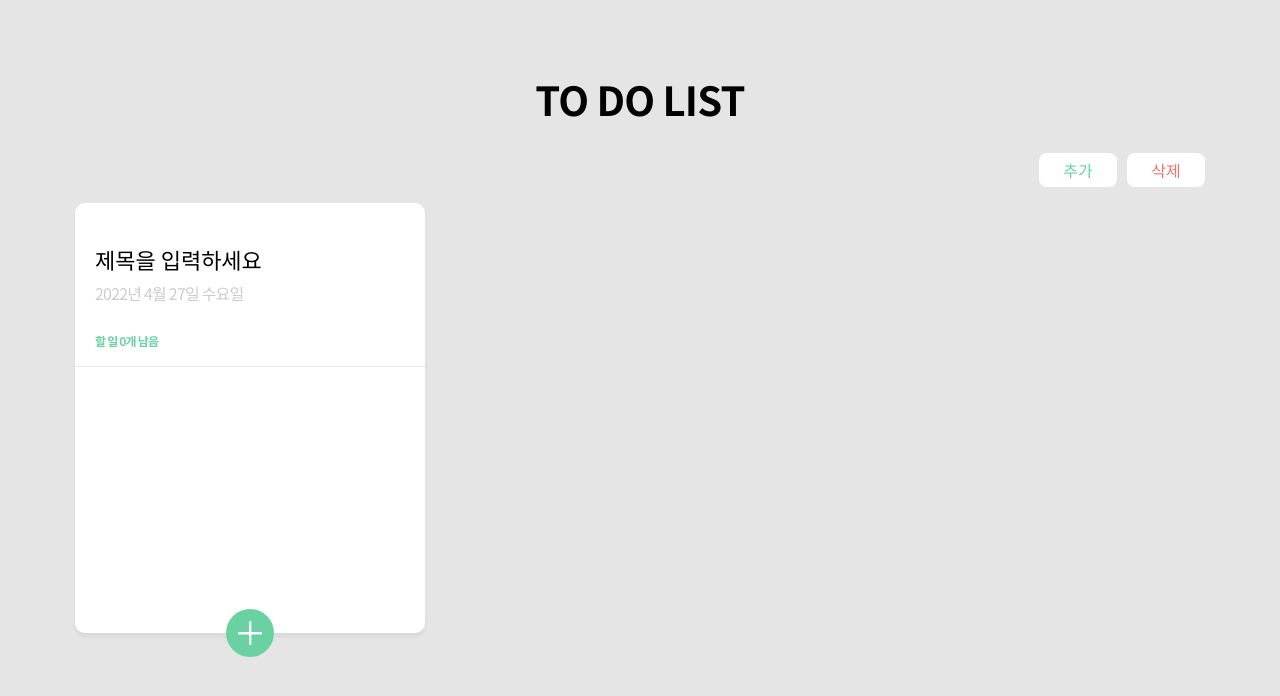
Repository: KIMSEOUNYOUNG/toDoList
Page: skin/main.html
An editor plug-in stored every save of this project. The page is shown before and after the next save, followed by the edit.
The browser window is 1280 px wide. The pictures show the whole page.
After loading, the first visible `button.btn` was clicked once.

Above is the page before, as saved 2022-05-03 13:46:59.
Console error: TypeError: Cannot read properties of null (reading 'length')

After the next save:
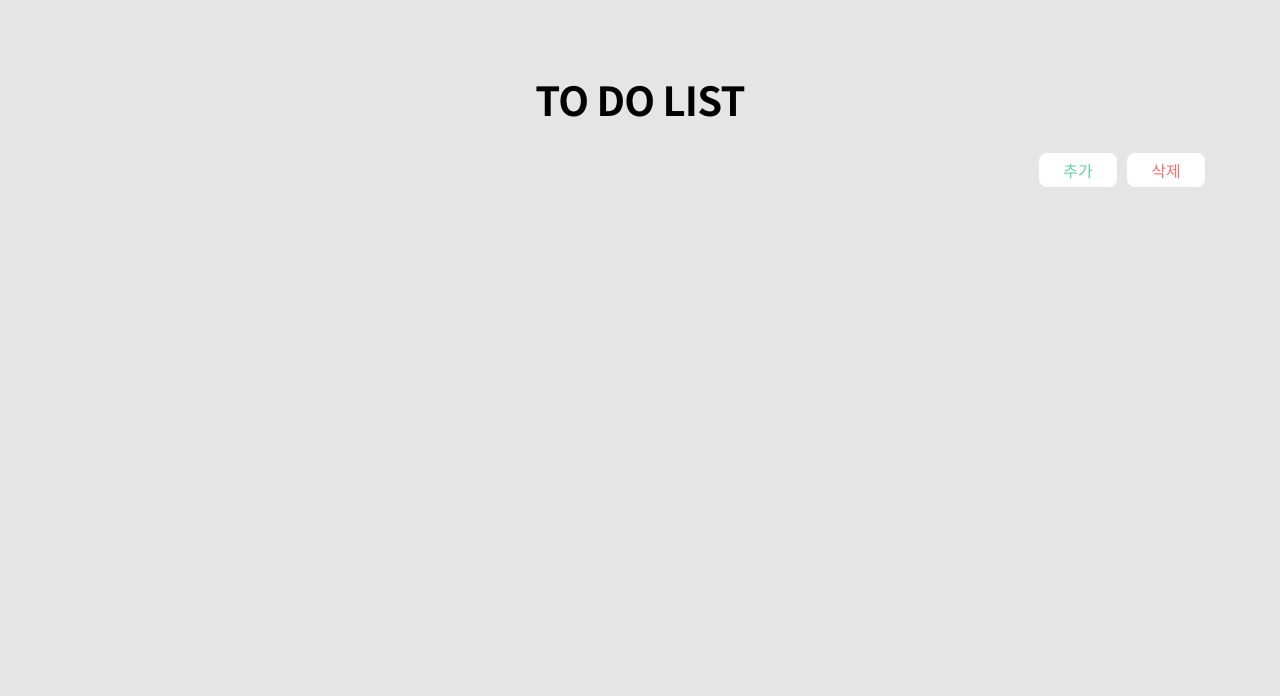
Console error: SyntaxError: Missing initializer in const declaration
Saved 14 s later.
--- a/skin/main.html
+++ b/skin/main.html
@@ -118,7 +118,7 @@
         boxWrap.prepend(newCol);
 
         const TDLobj = {
-            date: 'nowDate.getFullYear() + "년" + (nowDate.getMonth() + 1) + "월" + nowDate.getDate()} + "일" + days[nowDate.getDay()]',
+            date: nowDate.getFullYear() + "년" + (nowDate.getMonth() + 1) + "월" + nowDate.getDate()} + "일" + days[nowDate.getDay()],
             title: titAdd,
             list : tdAdd,
             remain: remDoList

After the save that followed:
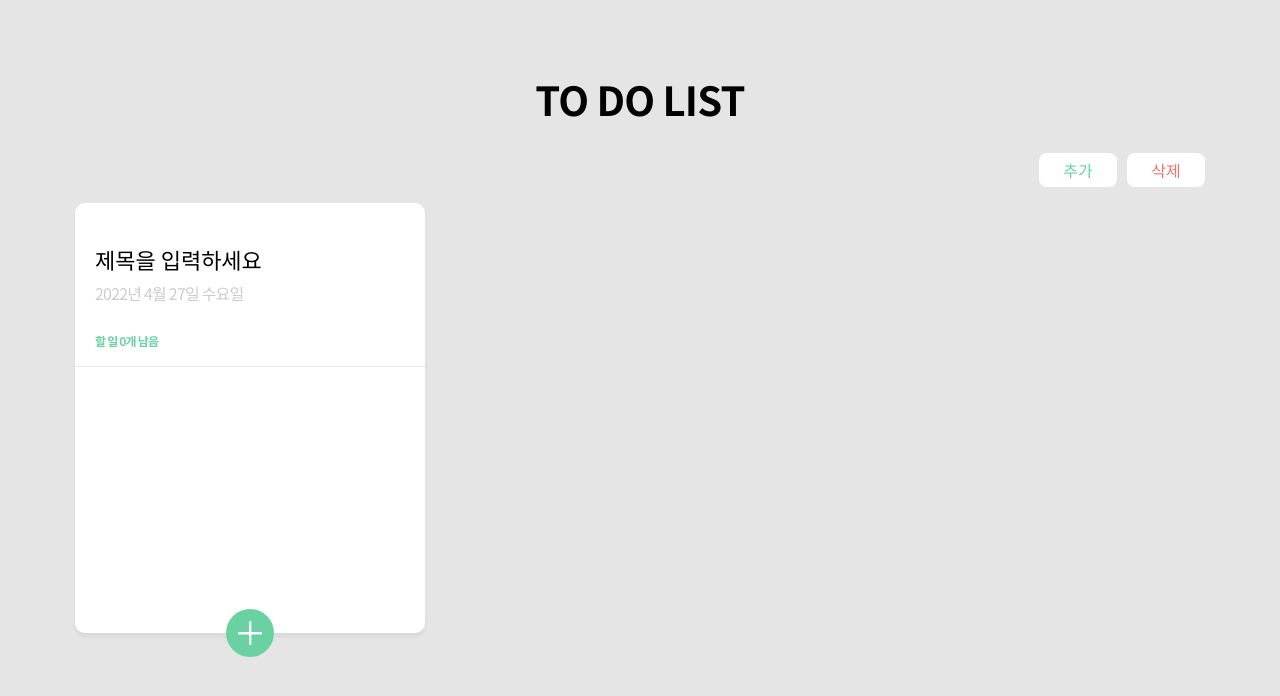
Console error: TypeError: Cannot read properties of null (reading 'length')
Saved 2 min 22 s later.
--- a/skin/main.html
+++ b/skin/main.html
@@ -118,7 +118,7 @@
         boxWrap.prepend(newCol);
 
         const TDLobj = {
-            date: nowDate.getFullYear() + "년" + (nowDate.getMonth() + 1) + "월" + nowDate.getDate()} + "일" + days[nowDate.getDay()],
+            date: `${nowDate.getFullYear()}년 ${nowDate.getMonth() + 1}월 ${nowDate.getDate()}일 ${days[nowDate.getDay()]}`,
             title: titAdd,
             list : tdAdd,
             remain: remDoList
